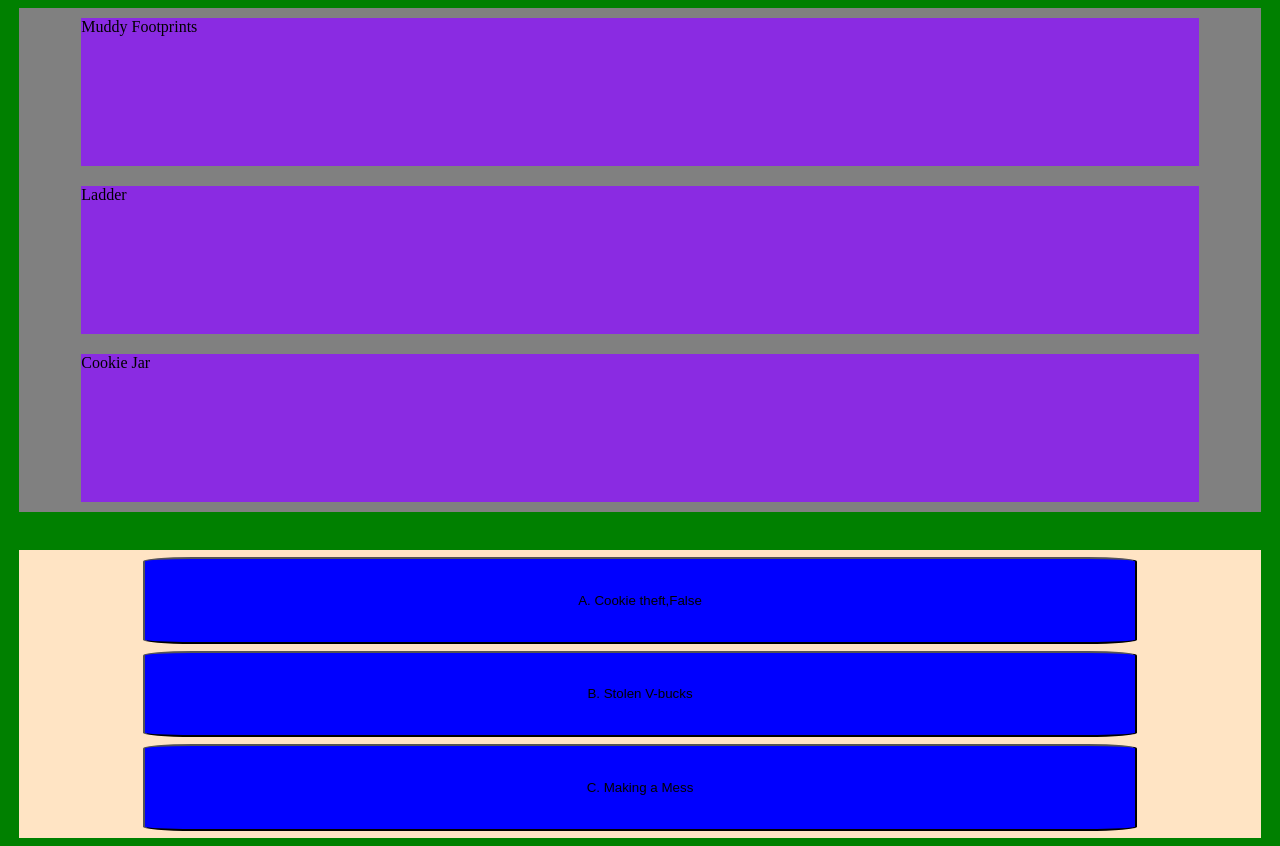
Repository: nguyenlejoe/Dynamic_notSoSherlock
Page: Alex Inductive Thinking/MultiChoice.html
These files come from the project's save history. The page is drawn as it stood at one moment and after the next save; the edit follows.
The browser window is 1280 px wide. The pictures show the whole page.

Above is the page before, as saved 2020-03-06 18:01:24.

After the next save:
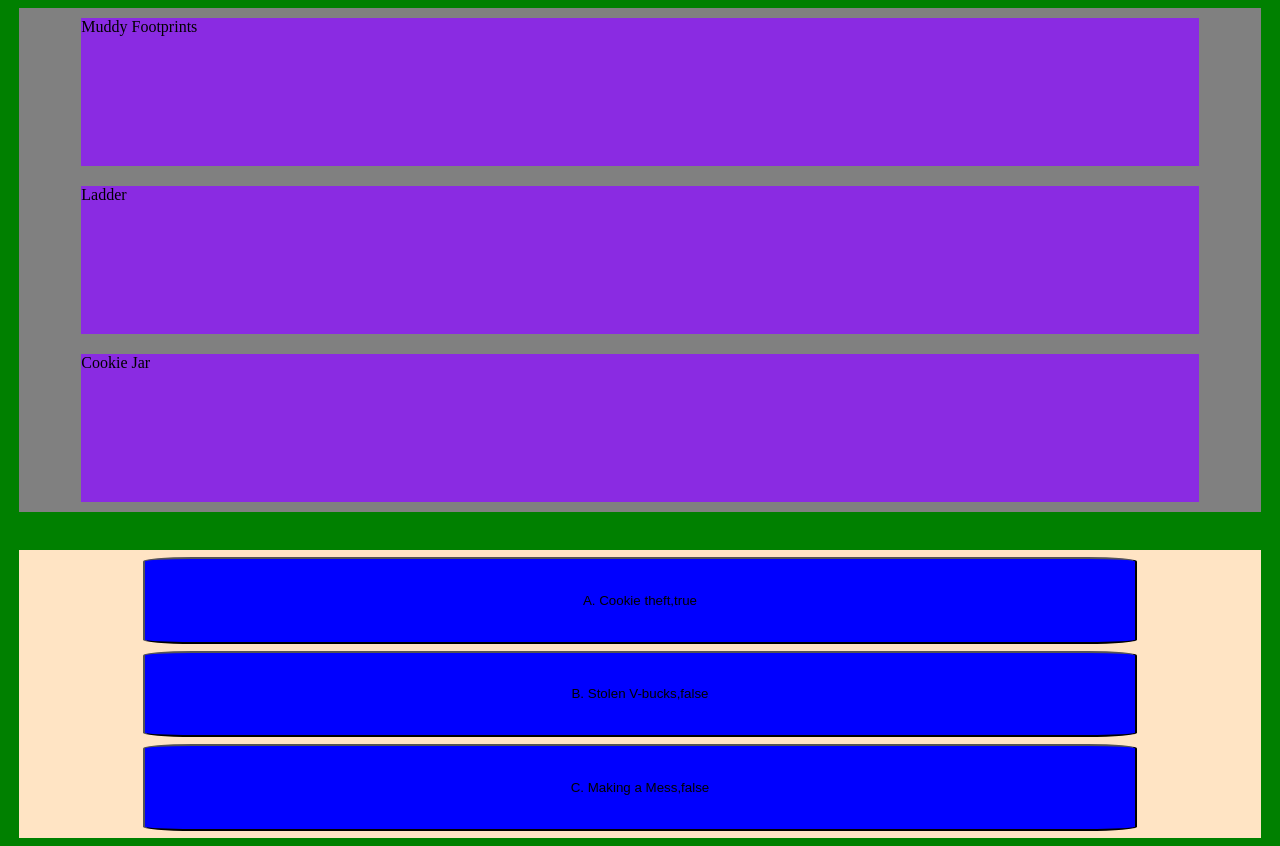
Saved 113 s later.
--- a/Alex Inductive Thinking/MultiChoice.js
+++ b/Alex Inductive Thinking/MultiChoice.js
@@ -8,10 +8,10 @@ var Clues =[
     item: "Muddy Footprints",
     description: "It seems like the culprit left muddy footprints upon the floor! ",
     multiChoice: [
-       choiceA = ["A. Cookie theft", "False"],
-       choiceB = ["B. Stolen V-bucks",],
-       choiceC = ["C. Making a Mess",]
-       ],
+        choiceA = ["A. Cookie theft", true],
+        choiceB = ["B. Stolen V-bucks", false],
+        choiceC = ["C. Making a Mess", false]
+        ],
 
     },
 
@@ -19,20 +19,20 @@ var Clues =[
         item: "Ladder",
         description: "I'm curious as to why is this ladder next to the counter!",
         multiChoice: [
-            "A. Cookie theft",
-            "B. Stolen V-bucks",
-            "C. Making a Mess",
-           ],
+            choiceA = ["A. Cookie theft", true],
+            choiceB = ["B. Stolen V-bucks", false],
+            choiceC = ["C. Making a Mess", false]
+            ],
     },
 
     {
         item: "Cookie Jar",
         description: " Hmmm intriguing, this cookie jar seems rather empty I wonder where all the cookies went? ",
         multiChoice: [
-            "A. Cookie theft",
-            "B. Stolen V-bucks",
-            "C. Making a Mess",
-           ],
+            choiceA = ["A. Cookie theft", true],
+            choiceB = ["B. Stolen V-bucks", false],
+            choiceC = ["C. Making a Mess", false]
+            ],
     }
 ]
    /* var multiChoice = [
